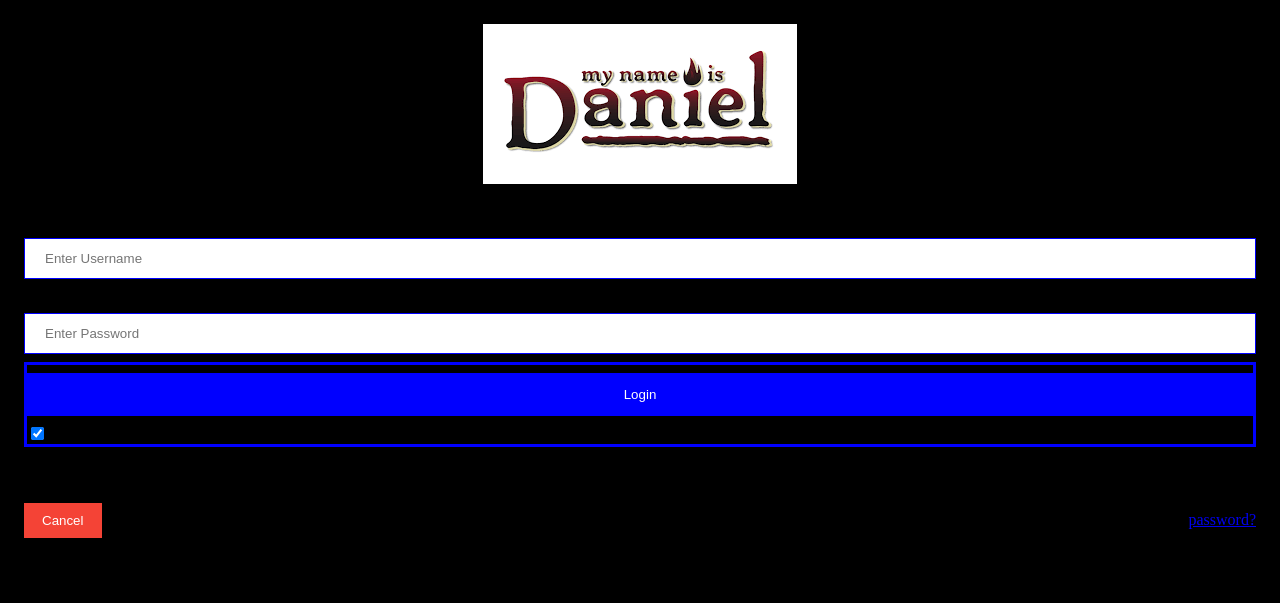
Repository: Danielrr07/Danielrr07.github.io
Page: My_Website/websiteproject.html
The author's editor kept a record of every edit. The page is drawn from the files as they stood at one moment, then again after the next edit.
The browser window is 1280 px wide. The pictures show the whole page.

Above is the page before.

### My_Website/websiteproject.html
<html>
    <head>
        <title> FACTS ABOUT ME</title>
        <link href="websiteproject.css" rel="stylesheet" type="text/css">

    </head>
  <div class="imgcontainer">
    <img src="Danielwebsite1.png" alt="logo" class="logo">
  </div>

  <div class="container">
    <label for="uname"><b>Username</b></label>
    <input type="text" placeholder="Enter Username" name="uname" required>

    <label for="psw"><b>Password</b></label>
    <input type="password" placeholder="Enter Password" name="psw" required>


    <form action="websiteproject2.html" method="get">
      <button type="submit">Login</button>
      <label>
        <input type="checkbox" checked="checked" name="remember"> Remember me
      </label>
    </form>
  </div>

  <div class="container" style="background-color:#O5OED">
    <button type="button" class="cancelbtn">Cancel</button>
    <span class="psw">Forgot<a href='#'>password?</a></span>
  </div>
</form>
</html>

### My_Website/websiteproject.css
/* Bordered form */
form {
  border: 3px solid #0000FF;
}

body{
  background-color: Black;
}
/* Full-width inputs */
input[type=text], input[type=password] {
  width: 100%;
  padding: 12px 20px;
  margin: 8px 0;
  display: inline-block;
  border: 1px solid #0000FF;
}

/* Set a style for all buttons */
button {
  background-color: #0000FF;
  color: white;
  padding: 14px 20px;
  margin: 8px 0;
  border: none;
  cursor: pointer;
  width: 100%;
}

/* Add a hover effect for buttons */
button:hover {
  opacity: 0.8;
}

/* Extra style for the cancel button (red) */
.cancelbtn {
  width: auto;
  padding: 10px 18px;
  background-color: #f44336;
}

/* Center the avatar image inside this container */
.imgcontainer {
  text-align: center;
  margin: 24px 0 12px 0;
}

/* Avatar image */
img.avatar {
  width: 40%;
  border-radius: 50%;
}

/* Add padding to containers */
.container {
  padding: 16px;
}

/* The "Forgot password" text */
span.psw {
  float: right;
  padding-top: 16px;
}

/* Change styles for span and cancel button on extra small screens */
@media screen and (max-width: 300px) {
  span.psw {
    display: block;
    float: none;
  }
  .cancelbtn {
    width: 100%;
  }
}

After the next edit:
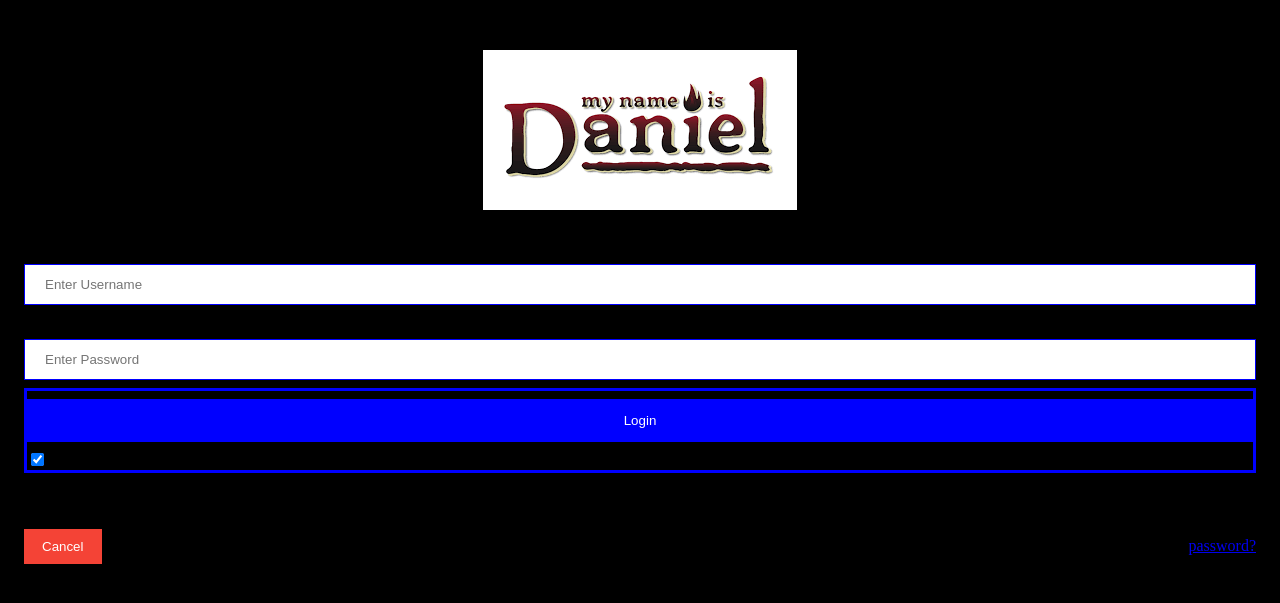
The edit:
--- a/My_Website/websiteproject.html
+++ b/My_Website/websiteproject.html
@@ -2,8 +2,27 @@
     <head>
         <title> FACTS ABOUT ME</title>
         <link href="websiteproject.css" rel="stylesheet" type="text/css">
-
+        <script>
+        function startTime() {
+        var today = new Date();
+        var h = today.getHours();
+        var m = today.getMinutes();
+        var s = today.getSeconds();
+        m = checkTime(m);
+        s = checkTime(s);
+        document.getElementById('txt').innerHTML =
+        h + ":" + m + ":" + s;
+        var t = setTimeout(startTime, 500);
+        }
+        function checkTime(i) {
+        if (i < 10) {i = "0" + i};  // add zero in front of numbers < 10
+        return i;
+        }
+        </script>
     </head>
+    <body onload="startTime()">
+      <div id="txt"></div>
+    </body>
   <div class="imgcontainer">
     <img src="Danielwebsite1.png" alt="logo" class="logo">
   </div>
